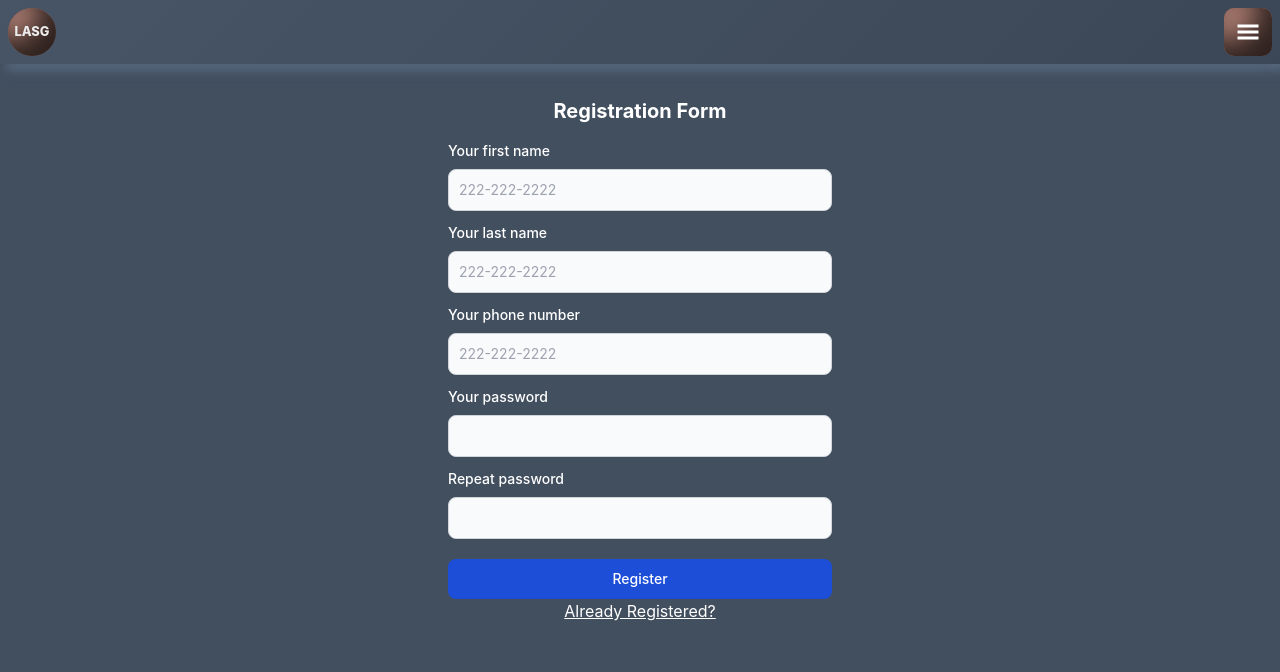
Repository: ShindanoSingi/LA-Swahili-Group
Page: /register (app in client/)
An editor plug-in stored every save of this project. The page is shown before and after the next save, followed by the edit.
The browser window is 1280 px wide. The pictures show the whole page.
The project was rebuilt for these pictures with package versions that can differ from the ones it lists, and the page was loaded fresh each time. Also part of the build but not shown: client/src/pages/error/Error.css, client/src/pages/error/Error.js, client/src/pages/home/Home.js, client/src/pages/about/About.js, client/src/pages/contact/Contact.js, client/src/pages/login/Login.js, client/src/pages/userDashBoard/UserDashBoard.js, client/src/pages/superUsersDashBoard/SuperUsersDashBoard.js.

Above is the page before, as saved 2024-02-11 15:22:19.

After the next save:
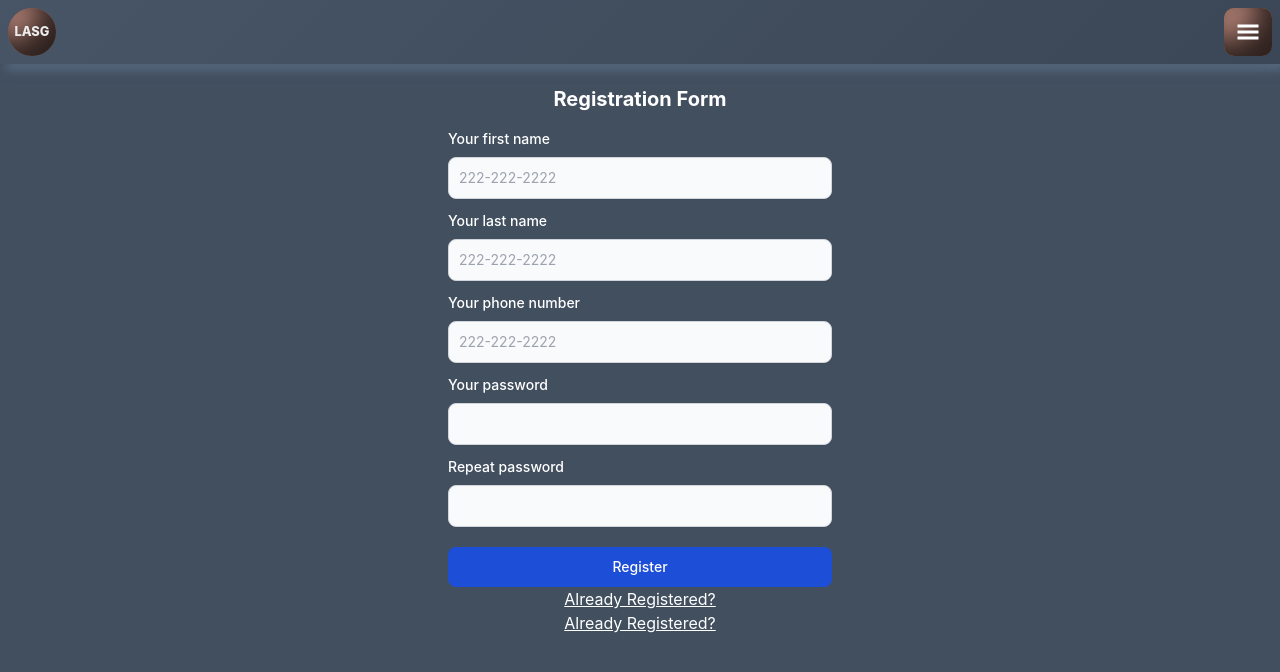
Saved 28 s later.
--- a/client/src/pages/register/Register.js
+++ b/client/src/pages/register/Register.js
@@ -89,9 +89,14 @@ function Register() {
                                     >
                                           Register
                                     </button>
-                                    <p className="text-white text-center underline">
-                                          Already Registered?
-                                    </p>
+                                    <div>
+                                          <p className="text-white text-center underline">
+                                                Already Registered?
+                                          </p>
+                                          <p className="text-white text-center underline">
+                                                Already Registered?
+                                          </p>
+                                    </div>
                               </div>
                         </form>
                   </div>
